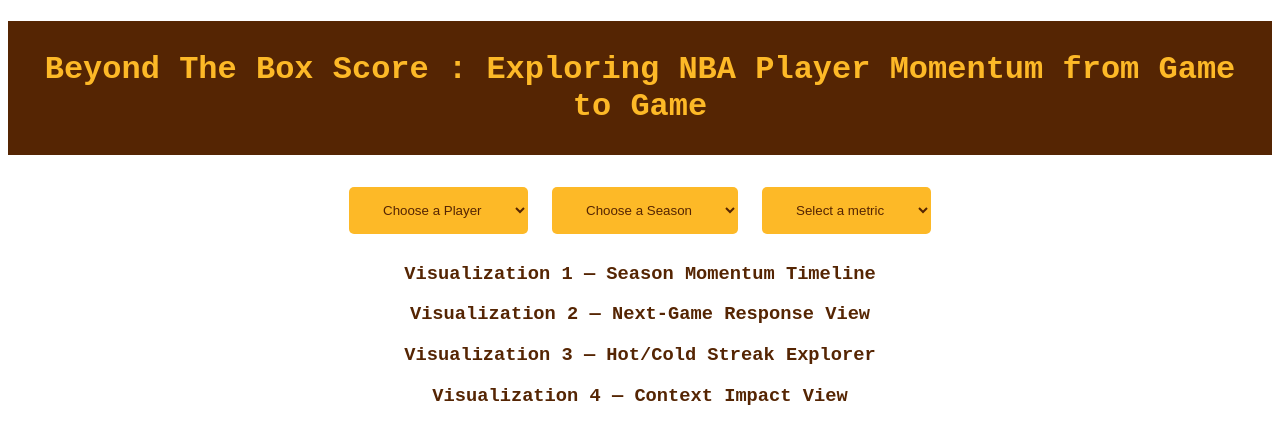
Repository: houdafatih/Data-Viz-Project
Page: index.html
The author's editor kept a copy of each file at every save. The page is drawn from the files as they stood at one save, then again after the next save.
The browser window is 1280 px wide. The pictures show the whole page.

Above is the page before, as saved 2026-06-12 14:19:41.

### index.html
<!DOCTYPE html>
<html>
   <head>
    <meta charset="UTF-8"/>
    <title>Beyond The Box Score</title>
    <link rel="stylesheet" href="style.css" >
  </head>
  <body>
     <h1>Beyond The Box Score : Exploring NBA Player Momentum from Game to Game</h1>

     <div class="selection">
        <select id="selectPlayer">
            <option selected disabled> Choose a Player</option>
        </select>

        <select id="seasonSelect">
            <option selected disabled> Choose a Season</option>
        </select>

        <select id="metric-select">
            <option selected disabled>Select a metric</option>
            <option value="points">Points</option>
            <option value="fga">FGA</option>
        </select>
     </div>

     <div class="viz">
        <h3>Visualization 1 — Season Momentum Timeline</h3>
     </div>
    <div class="viz">
        <h3>Visualization 2 — Next-Game Response View</h3>
     </div>
     <div class="viz">
        <h3>Visualization 3 — Hot/Cold Streak Explorer</h3>
     </div>
     <div class="viz">
        <h3>Visualization 4 — Context Impact View</h3>
     </div>

  </body>
  <script src="https://d3js.org/d3.v7.min.js"></script>
  <script type="module" src="index.js"></script>
</html>

### style.css
body{
    padding: 0px;
}
h1{
  text-align: center;
  font-size: 2rem;
  font-family: "Courier New", Courier, monospace;
  color : #fdb927;
  background-color: #552503;
  padding: 30px;

}
.selection{
    text-align: center;
}
select{
    margin: 10px;
    padding: 15px 30px;
    border-radius: 5px;
    border: none;
    background: #fdb927;
    color:#552503;

}
select option:hover{
    background-color: #fdb927;
}
.viz{
    text-align: center;
}
h3{
    color: #552503;
    font-family: "Courier New", Courier, monospace;
}

### index.js
import {playersData,seasonData} from "./scripts/utils.js";

d3.csv("data/nba.csv",d3.autoType).then(function(data){
   playersData(data);
   seasonData(data);
});

### scripts/utils.js
export function playersData(data){
    const players_list = [...new Set(data.map(dt => dt.player_name))];

    d3.select("#selectPlayer").selectAll(".players-options").data(players_list)
    .enter().append("option").attr("class","players-options").attr("value",dt=>dt).text(dt => dt);
}

export function seasonData(data){
    const seasons_list = [...new Set(data.map(dt => dt.season_year))];

    d3.select("#seasonSelect").selectAll(".seasons-options").data(seasons_list)
    .enter().append("option").attr("class","seasons-options").attr("value",dt=>dt).text(dt => dt);
}

After the next save:
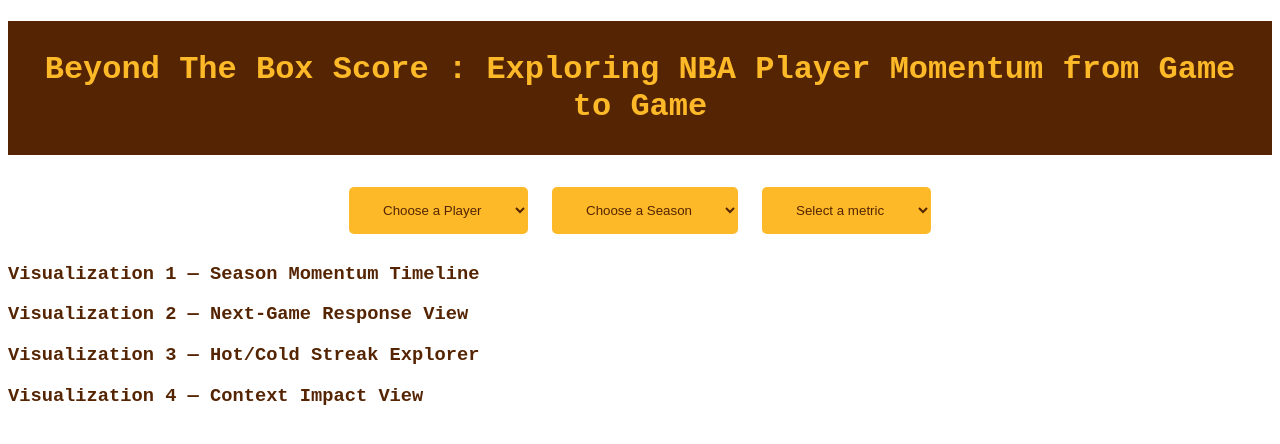
Saved 31 min 59 s later.
--- a/index.html
+++ b/index.html
@@ -24,18 +24,17 @@
         </select>
      </div>
 
-     <div class="viz">
-        <h3>Visualization 1 — Season Momentum Timeline</h3>
-     </div>
-    <div class="viz">
-        <h3>Visualization 2 — Next-Game Response View</h3>
-     </div>
-     <div class="viz">
-        <h3>Visualization 3 — Hot/Cold Streak Explorer</h3>
-     </div>
-     <div class="viz">
-        <h3>Visualization 4 — Context Impact View</h3>
-     </div>
+     <h3>Visualization 1 — Season Momentum Timeline</h3>
+     <div class="vizual1"></div>
+
+     <h3>Visualization 2 — Next-Game Response View</h3>
+     <div class="vizual2"></div>
+
+     <h3>Visualization 3 — Hot/Cold Streak Explorer</h3>
+     <div class="vizual3"></div>
+
+     <h3>Visualization 4 — Context Impact View</h3>
+     <div class="vizual4"></div>
 
   </body>
   <script src="https://d3js.org/d3.v7.min.js"></script>
